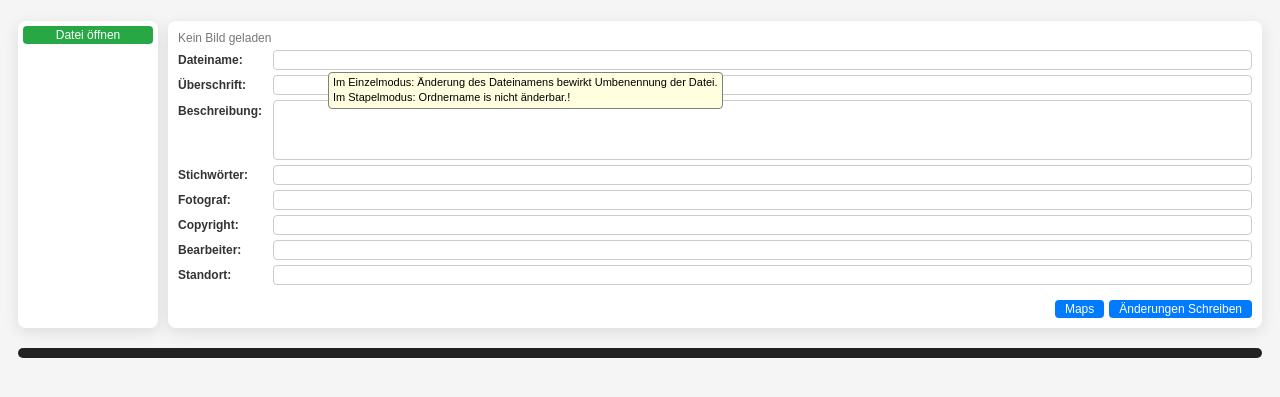
Repository: h-fahle/metadata
Page: ui/index.html
An editor plug-in stored every save of this project. The page is shown before and after the next save, followed by the edit.
The browser window is 1280 px wide. The pictures show the whole page.
The pointer rests on the first visible `.tooltip`.

Above is the page before, as saved 2026-08-18 12:54:53.

After the next save:
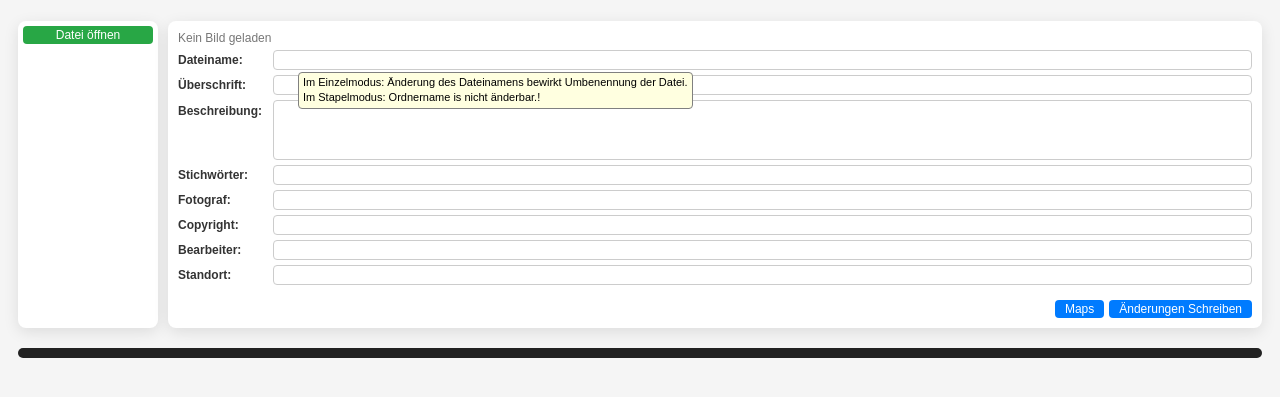
Saved 2 min 36 s later.
--- a/ui/style.css
+++ b/ui/style.css
@@ -207,7 +207,7 @@ textarea:focus {
   bottom: auto;
 
   /* Horizontale Positionierung (an deiner Label-Breite) */
-  left: 150px;        /* Hier wieder deine Label-Breite eintragen */
+  left: 120px;        /* Hier wieder deine Label-Breite eintragen */
   right: auto;
   transform: none;
 
